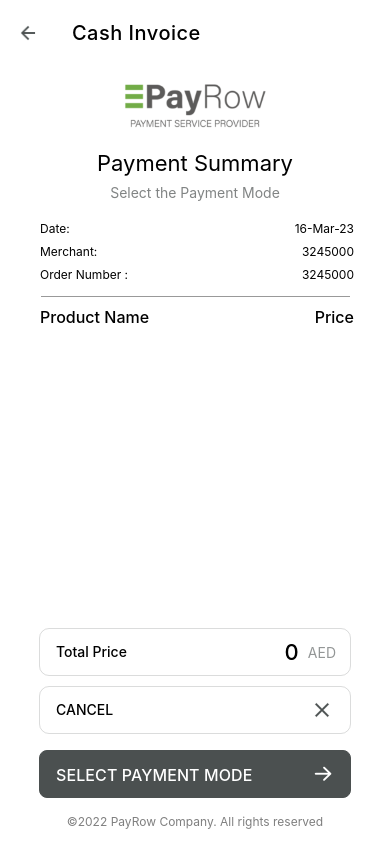
Repository: rishabh-critical-river/payrowios
Screen: /paymentSummary
An editor plug-in stored every save of this project. The screen is shown before and after a run of saves, followed by the edit.
The app was drawn by React Native's web renderer in a window 390 px wide. The project was rebuilt for these pictures with package versions that can differ from the ones it lists, and the page was loaded fresh each time. Also part of the build but not shown: screens/onboarding/CreateAccount.js, screens/home/HomeScreen.tsx, screens/home/HomeComponents/TapToPay.tsx, screens/home/HomeComponents/AddItem.js, screens/home/HomeComponents/TapCard.tsx, screens/home/HomeComponents/EnterPin.tsx, screens/home/HomeComponents/Confirmation.tsx, screens/home/HomeComponents/NewPayment.tsx and 37 more.

Above is the screen before, as saved 2023-07-27 05:10:30.

### App.tsx
import { NavigationContainer } from "@react-navigation/native";
import { createNativeStackNavigator } from "@react-navigation/native-stack";
import {
  StyleSheet,
  Text,
  View,
  SafeAreaView,
  Image,
  StatusBar,
} from "react-native";
import LanguageSelection from "./screens/onboarding/LanguageSelection";
import CreateAccount from "./screens/onboarding/CreateAccount";
import HomeScreen from "./screens/home/HomeScreen";
import TapToPay from "./screens/home/HomeComponents/TapToPay";
import AddItem from "./screens/home/HomeComponents/AddItem";
import TapCard from "./screens/home/HomeComponents/TapCard";
import EnterPin from "./screens/home/HomeComponents/EnterPin";
import Confirmation from "./screens/home/HomeComponents/Confirmation";
import NewPayment from "./screens/home/HomeComponents/NewPayment";
import Contact from "./screens/home/HomeComponents/contact";
import Refund from "./screens/home/HomeComponents/refund";
import OtpRefund from "./screens/home/HomeComponents/otpRefund";
import ProductSelection from "./screens/home/HomeComponents/productSelection";
import PaymentSummary from "./screens/home/HomeComponents/PaymentSummary";
import PaymentMode from "./screens/home/HomeComponents/paymentMode";
import PaymentHistory from "./screens/home/HomeComponents/PaymentHistory";
import HistoryMethods from "./screens/home/HomeComponents/historyMethods";
import DailyReport from "./screens/home/HomeComponents/DailyReport";
import MonthlyReport from "./screens/home/HomeComponents/MonthlyReport";
import AboutPayrow from "./screens/home/HomeComponents/AboutPayrow";
import CashReceivedMachine from "./screens/home/HomeComponents/CashReceivedMachine";
import InvoiceRecall from "./screens/home/HomeComponents/InvoiceRecall";
import PosAndRetail from "./screens/home/HomeComponents/PosAndRetail";
import SoftPos from "./screens/home/HomeComponents/SoftPos";
import PayByLink from "./screens/home/HomeComponents/PayByLink";
import PayByQrCode from "./screens/home/HomeComponents/PayByQrCode";

import PaymentGateWay from "./screens/home/HomeComponents/PaymentGateWay";
import Wps from "./screens/home/HomeComponents/Wps";
import Vat from "./screens/home/HomeComponents/Vat";
import Kvyc from "./screens/home/HomeComponents/Kvyc";
import BuyNowPayLater from "./screens/home/HomeComponents/BuyNowPayLater";
import Wallet from "./screens/home/HomeComponents/Wallet";
import PayRowPrepaids from "./screens/home/HomeComponents/PayRowPrepaid";
import Support from "./screens/home/HomeComponents/Support";
import NewComplain from "./screens/home/HomeComponents/NewComplain";
import RegisterComplain from "./screens/home/HomeComponents/RegisteredComplain";
import ContactUs from "./screens/home/HomeComponents/ContactUse";
import InvoiceRecalltwo from "./screens/home/HomeComponents/InvoiceRecalltwo";
import InvoiceRecallthree from "./screens/home/HomeComponents/InvoiceRecallthree";
import PaymentDetails from "./screens/home/HomeComponents/PaymentDetails";
import ConfirmationInvoice from "./screens/home/HomeComponents/ConfirmationInvoice";
import CashPay from "./screens/home/HomeComponents/CashPay";
import QRCode from "./screens/home/HomeComponents/QrCode";
import Login from "./screens/onboarding/login";
import CreatePin from "./screens/onboarding/Createpin";
import ReEnterPin from "./screens/onboarding/Reenterpin";
import EnterPins from "./screens/onboarding/Enterpin";
// import SoftPose from "./screens/home/HomeComponents/SoftPose";
const Stack = createNativeStackNavigator();

export default function App() {
  return (
    <SafeAreaView style={{ flex: 1, backgroundColor: "white" }}>
      <StatusBar barStyle="dark-content" />
      <NavigationContainer>
        <Stack.Navigator>
          <Stack.Screen
            name="selectLanaguage"
            component={LanguageSelection}
            options={{ headerShown: false }}
          />
          <Stack.Screen
            name="Login"
            component={Login}
            options={{ headerShown: false }}
          />
          <Stack.Screen
            name="CreatePin"
            component={CreatePin}
            options={{ headerShown: false }}
          />
          <Stack.Screen
            name="ReEnterPin"
            component={ReEnterPin}
            options={{ headerShown: false }}
          />
          <Stack.Screen
            name="EnterPin"
            component={EnterPin}
            options={{ headerShown: false }}
          />
          <Stack.Screen
            name="Create Account"
            component={CreateAccount}
            options={{ headerShown: false }}
          />
          <Stack.Screen
            name="HomeScreen"
            component={HomeScreen}
            options={{ headerShown: false }}
          />
          <Stack.Screen
            name="TapToPay"
            component={TapToPay}
            options={{ headerShown: false }}
          />
          <Stack.Screen
            name="AddItem"
            component={AddItem}
            options={{ headerShown: false }}
          />
          <Stack.Screen
            name="TapCard"
            component={TapCard}
            options={{ headerShown: false }}
          />
          <Stack.Screen
            name="EnterPins"
            component={EnterPins}
            options={{ headerShown: false }}
          />
          <Stack.Screen
            name="Confirmation"
            component={Confirmation}
            options={{ headerShown: false }}
          />
          <Stack.Screen
            name="NewPayment"
            component={NewPayment}
            options={{ headerShown: false }}
          />
          <Stack.Screen
            name="contact"
            component={Contact}
            options={{ headerShown: false }}
          />
          <Stack.Screen
            name="refund"
            component={Refund}
            options={{ headerShown: false }}
          />
          <Stack.Screen
            name="otpRefund"
            component={OtpRefund}
            options={{ headerShown: false }}
          />
          <Stack.Screen
            name="productSelection"
            component={ProductSelection}
            options={{ headerShown: false }}
          />
          <Stack.Screen
            name="paymentSummary"
            component={PaymentSummary}
            options={{ headerShown: false }}
          />
          <Stack.Screen
            name="paymentMode"
            component={PaymentMode}
            options={{ headerShown: false }}
          />
          <Stack.Screen
            name="paymentHistory"
            component={PaymentHistory}
            options={{ headerShown: false }}
          />
          <Stack.Screen
            name="historyMethods"
            component={HistoryMethods}
            options={{ headerShown: false }}
          />
          <Stack.Screen
            name="dailyReport"
            component={DailyReport}
            options={{ headerShown: false }}
          />
          <Stack.Screen
            name="monthlyReport"
            component={MonthlyReport}
            options={{ headerShown: false }}
          />
          <Stack.Screen
            name="aboutPayrow"
            component={AboutPayrow}
            options={{ headerShown: false }}
          />
          <Stack.Screen
            name="cashReceivedMachine"
            component={CashReceivedMachine}
            options={{ headerShown: false }}
          />
          <Stack.Screen
            name="invoiceRecall"
            component={InvoiceRecall}
            options={{ headerShown: false }}
          />
          <Stack.Screen
            name="posandretail"
            component={PosAndRetail}
            options={{ headerShown: false }}
          />
          <Stack.Screen
            name="softpos"
            component={SoftPos}
            options={{ headerShown: false }}
          />
          <Stack.Screen
            name="paybylink"
            component={PayByLink}
            options={{ headerShown: false }}
          />
          <Stack.Screen
            name="paybyqrcode"
            component={PayByLink}
            options={{ headerShown: false }}
          />
          <Stack.Screen
            name="paymentgateway"
            component={PaymentGateWay}
            options={{ headerShown: false }}
          />
          <Stack.Screen
            name="wps"
            component={Wps}
            options={{ headerShown: false }}
          />
          <Stack.Screen
            name="vat"
            component={Vat}
            options={{ headerShown: false }}
          />

          <Stack.Screen
            name="kvyc"
            component={Kvyc}
            options={{ headerShown: false }}
          />
          <Stack.Screen
            name="buynowpaylater"
            component={BuyNowPayLater}
            options={{ headerShown: false }}
          />
          <Stack.Screen
            name="registercomplain"
            component={RegisterComplain}
            options={{ headerShown: false }}
          />
          <Stack.Screen
            name="wallet"
            component={Wallet}
            options={{ headerShown: false }}
          />
          <Stack.Screen
            name="payrowprepaid"
            component={PayRowPrepaids}
            options={{ headerShown: false }}
          />
          <Stack.Screen
            name="paymentdetails"
            component={PaymentDetails}
            options={{ headerShown: false }}
          />
          <Stack.Screen
            name="support"
            component={Support}
            options={{ headerShown: false }}
          />
          {/* <Stack.Screen
            name="softpose"
            payrowprepaid
            component={SoftPose}
            options={{ headerShown: false }}

          /> */}
          <Stack.Screen
            name="newcomplain"
            component={NewComplain}
            options={{ headerShown: false }}
          />
          <Stack.Screen
            name="contactus"
            component={ContactUs}
            options={{ headerShown: false }}
          />
          <Stack.Screen
            name="Recallss"
            component={InvoiceRecalltwo}
            options={{ headerShown: false }}
          />
          <Stack.Screen
            name="InvoiceRecallthree"
            component={InvoiceRecallthree}
            options={{ headerShown: false }}
          />
          <Stack.Screen
            name="ConfirmationInvoice"
            component={ConfirmationInvoice}
            options={{ headerShown: false }}
          />
          <Stack.Screen
            name="cashPay"
            component={CashPay}
            options={{ headerShown: false }}
          />

          <Stack.Screen
            name="QrCode"
            component={PayByQrCode}
            options={{ headerShown: false }}
          />
          <Stack.Screen
            name="QrCodePay"
            component={QRCode}
            options={{ headerShown: false }}
          />
        </Stack.Navigator>
      </NavigationContainer>
    </SafeAreaView>
  );
}

### screens/home/HomeComponents/PaymentSummary.js
import React, { useState, useEffect } from "react";
import { View, Text, Image, StyleSheet, TouchableOpacity } from "react-native";
import { AntDesign, Entypo } from "@expo/vector-icons";

const PaymentSummary = ({ navigation, route }) => {
  const [orderDetails, setOrderDetails] = useState(null);
  const [categories, setCategories] = useState([]);
  const [totalAmount, setTotalAmount] = useState();
  const [scanTotal, setScanTotal] = useState(0);

  useEffect(() => {
    if (route.params && route.params.orderDetails) {
      setOrderDetails(route.params.orderDetails);
    }
    if (route.params && route.params.itemsWithQuantity) {
      setCategories(route.params.itemsWithQuantity);
    }
  }, [route.params]);
  useEffect(() => {
    const total = categories.reduce((acc, item) => {
      return acc + item.price * item.quantity;
    }, 0);

    setTotalAmount(total);
  }, [categories]);
  useEffect(() => {
    if (orderDetails) {
      const total = orderDetails.data.reduce((acc, item) => {
        return acc + item.totalAmount;
      }, 0);
      setScanTotal(total);
    }
  }, [orderDetails]);

  console.log(categories, "cat");
  return (
    <>
      <View
        style={{
          paddingLeft: 19.98,
          paddingTop: 17,
          flexDirection: "row",
          alignItems: "center",
          backgroundColor: "#fff",
        }}
      >
        <Image
          source={require("./arrow_back.png")}
          style={{
            width: 16.03,
            height: 16.03,
            marginRight: 35.98,
          }}
        />
        <Text
          style={{
            fontSize: 20,
            fontWeight: "500",
            lineHeight: 32,
            letterSpacing: 0.5,
          }}
        >
          Cash Invoice
        </Text>
      </View>
      <View style={{ flex: 1, backgroundColor: "white" }}>
        <View>
          <Image
            style={{
              width: 150,
              height: 48.3,
              alignSelf: "center",
              marginTop: 33,
            }}
            source={require("./payrowLogo.png")}
          />

          <Text
            style={{
              textAlign: "center",
              fontWeight: "400",
              fontSize: 22,
              marginTop: 20,
            }}
          >
            Payment Summary
          </Text>
          <Text
            style={{ textAlign: "center", marginTop: 8, color: "#4B5050B2" }}
          >
            Select the Payment Mode
          </Text>
        </View>

        <View>
          <View
            style={{
              flexDirection: "row",
              marginTop: 20,
              justifyContent: "space-between",
            }}
          >
            <Text
              style={{
                marginLeft: 40,
                fontWeight: "400",
                fontSize: 12,
                lineHeight: 16,
                color: "#020202",
              }}
            >
              Date:
            </Text>
            <Text
              style={{
                marginRight: 36,
                fontWeight: "400",
                fontSize: 12,
                lineHeight: 16,
                color: "#020202",
              }}
            >
              16-Mar-23
              {/* Replace with the actual date property */}
            </Text>
          </View>
          <View
            style={{
              flexDirection: "row",
              marginTop: 7,
              justifyContent: "space-between",
            }}
          >
            <Text
              style={{
                marginLeft: 40,
                fontWeight: "400",
                fontSize: 12,
                lineHeight: 16,
                color: "#020202",
              }}
            >
              Merchant:
            </Text>
            <Text
              style={{
                marginRight: 36,
                fontWeight: "400",
                fontSize: 12,
                lineHeight: 16,
                color: "#020202",
              }}
            >
              3245000
              {/* Replace with the actual merchant property */}
            </Text>
          </View>
          <View
            style={{
              flexDirection: "row",
              marginTop: 7,
              justifyContent: "space-between",
            }}
          >
            <Text
              style={{
                marginLeft: 40,
                fontWeight: "400",
                fontSize: 12,
                lineHeight: 16,
                color: "#020202",
              }}
            >
              Order Number :
            </Text>
            <Text
              style={{
                marginRight: 36,
                fontWeight: "400",
                fontSize: 12,
                lineHeight: 16,
                color: "#020202",
              }}
            >
              3245000
              {/* Replace with the actual order number property */}
            </Text>
          </View>
          <View
            style={{
              width: 309,
              borderBottomWidth: 1,
              borderBottomColor: "#999999",
              alignSelf: "center",
              marginTop: 13,
            }}
          />
          <View
            style={{
              flexDirection: "row",
              marginTop: 8,
              justifyContent: "space-between",
            }}
          >
            <Text
              style={{
                marginLeft: 40,
                fontWeight: "500",
                fontSize: 16,
                lineHeight: 24,
              }}
            >
              Product Name
            </Text>
            <Text
              style={{
                marginRight: 36,
                fontWeight: "500",
                fontSize: 16,
                lineHeight: 24,
              }}
            >
              Price
            </Text>
          </View>
          {orderDetails && (
            <View style={{ marginTop: 4 }}>
              {orderDetails.data.map((product) => (
                <View key={product._id} style={{ flexDirection: "row" }}>
                  <Text
                    style={{
                      marginLeft: 40,
                      flex: 1,
                      marginRight: 36,
                      fontWeight: "400",
                      color: "#4B5050",
                      fontSize: 12,
                      lineHeight: 16,
                    }}
                  >
                    {product.purchaseBreakdown.service[0].englishName}{" "}
                    {/* Replace with the actual product name property */}
                  </Text>
                  <Text
                    style={{
                      marginRight: 36,
                      fontWeight: "500",
                      color: "#4B5050",
                      fontSize: 12,
                      lineHeight: 20,
                    }}
                  >
                    {product.totalAmount}{" "}
                    {/* Replace with the actual product price property */}
                  </Text>
                </View>
              ))}
            </View>
          )}
          {categories && (
            <View style={{ marginTop: 4 }}>
              {categories?.map((product) => (
                <View key={product.id} style={{ flexDirection: "row" }}>
                  <Text
                    style={{
                      marginLeft: 40,
                      flex: 1,
                      marginRight: 36,
                      fontWeight: "400",
                      color: "#4B5050",
                      fontSize: 12,
                      lineHeight: 16,
                    }}
                  >
                    {product?.name}{" "}
                    {/* Replace with the actual product name property */}
                  </Text>
                  <Text
                    style={{
                      marginRight: 36,
                      fontWeight: "500",
                      color: "#4B5050",
                      fontSize: 12,
                      lineHeight: 20,
                    }}
                  >
                    {product?.price * product?.quantity}{" "}
                    {/* Replace with the actual product price property */}
                  </Text>
                </View>
              ))}
            </View>
          )}
        </View>
      </View>
      <View style={{ backgroundColor: "white" }}>
        <View
          style={{
            width: "80%",
            alignSelf: "center",
            height: 48,
            borderRadius: 10,
            marginBottom: 10,
            borderWidth: 1,
            borderColor: "rgba(75, 80, 80, 0.2)",
            flexDirection: "row",
            alignItems: "center",
          }}
        >
          <Text style={styles.priceLabel}>Total Price</Text>
          <View style={styles.priceTextContainer}>
            <Text style={styles.priceText}>{totalAmount + scanTotal}</Text>
            <Text style={styles.priceCurrency}>AED</Text>
          </View>
        </View>
        <View
          style={{
            width: "80%",
            alignSelf: "center",
            height: 48,
            borderRadius: 10,

            borderWidth: 1,
            borderColor: "rgba(75, 80, 80, 0.2)",
            flexDirection: "row",
            alignItems: "center",
          }}
        >
          <Text style={styles.priceLabel}>CANCEL</Text>
          <View style={styles.priceTextContainer}>
            <Image
              style={{ width: 24, height: 24, marginRight: 16 }}
              source={require("./clearblack.png")}
            />
          </View>
        </View>

        <TouchableOpacity
          style={styles.goToSummaryButton}
          onPress={() => {
            navigation.navigate("paymentMode");
          }}
        >
          <View style={styles.buttonContent}>
            <Text style={styles.buttonText}>SELECT PAYMENT MODE</Text>
            <View style={styles.arrowIcon}>
              <AntDesign name="arrowright" size={22} color="white" />
            </View>
          </View>
        </TouchableOpacity>

        <Text style={styles.footerText}>
          ©2022 PayRow Company. All rights reserved
        </Text>
      </View>
    </>
  );
};

export default PaymentSummary;
const styles = StyleSheet.create({
  buttonContainer: {
    width: "80%",
    height: 48,
    backgroundColor: "#4B5050",
    alignSelf: "center",
    borderRadius: 8,
    marginTop: 20,
    display: "flex",
    justifyContent: "space-between",
    flexDirection: "row",
    alignItems: "center",
  },
  containers: {
    width: "80%",
    height: 50,
    borderRadius: 10,
    borderWidth: 1,
    borderColor: "rgba(75, 80, 80, 0.25)",
    alignSelf: "center",
    marginTop: 31,
    flexDirection: "row",
    justifyContent: "space-between",
    alignItems: "center",
    paddingLeft: 15,
    paddingRight: 15,
    shadowColor: "#757e6e",
    shadowOffset: {
      width: 0,
      height: 1,
    },
    shadowOpacity: 0.08,
    shadowRadius: 3,
    borderRadius: 8,
  },
  badge: {
    width: 71,
    height: 26,
    borderRadius: 8,
    backgroundColor: "#4B50500D",
    textAlign: "center",
    paddingTop: 4,
    marginRight: 22,
  },
  itemContainer: {
    width: "100%",
    alignSelf: "center",
    height: 77,
    borderRadius: 10,
    marginBottom: 10,
    justifyContent: "center",
    borderWidth: 1,
    borderColor: "rgba(75, 80, 80, 0.2)",
    flexDirection: "row",
    alignItems: "center",
  },
  priceContainer: {
    width: "80%",
    alignSelf: "center",
    height: 48,
    borderRadius: 10,
    marginBottom: 10,
    borderWidth: 1,
    borderColor: "rgba(75, 80, 80, 0.2)",
    flexDirection: "row",
    alignItems: "center",
  },
  priceLabel: {
    fontWeight: "500",
    flex: 1,
    fontSize: 14,
    lineHeight: 20,
    marginLeft: 16,
  },
  priceTextContainer: {
    flexDirection: "row",
    alignItems: "center",
  },
  priceText: {
    fontSize: 22,
    fontWeight: "500",
    lineHeight: 28,
  },
  priceCurrency: {
    color: "#4B505099",
    marginRight: 14,
    marginLeft: 9,
  },
  goToSummaryButton: {
    alignSelf: "center",
    marginTop: 16,
    width: "80%",
  },
  buttonContent: {
    borderWidth: 0.6,
    borderColor: "#4B5050",
    backgroundColor: "#4B5050",
    borderRadius: 8,
    marginBottom: 16,
    height: 48,
    width: "100%",
    justifyContent: "center",
    flexDirection: "row",
  },
  buttonText: {
    fontSize: 16,
    paddingLeft: 16,
    paddingTop: 12,
    fontWeight: "500",
    lineHeight: 24,
    justifyContent: "center",
    color: "white",
    letterSpacing: 0.1,
    flex: 1,
  },
  arrowIcon: {
    justifyContent: "center",
    alignItems: "center",
    marginRight: 16,
  },
  footerText: {
    fontSize: 12,
    backgroundColor: "white",
    color: "#7f7f7f",
    textAlign: "center",
    paddingBottom: 15,
  },
});

Loaded but not shown: screens/onboarding/LanguageSelection.tsx (287 lines, source omitted)

After the next 2 saves:
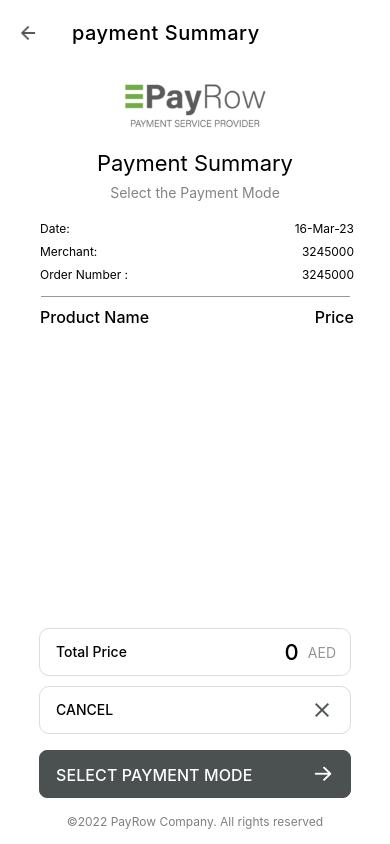
The 2 saves are shown as one change because they came seconds apart.
The last was saved 68 s later.
--- a/screens/home/HomeComponents/PaymentSummary.js
+++ b/screens/home/HomeComponents/PaymentSummary.js
@@ -60,7 +60,7 @@ const PaymentSummary = ({ navigation, route }) => {
             letterSpacing: 0.5,
           }}
         >
-          Cash Invoice
+          payment Summary
         </Text>
       </View>
       <View style={{ flex: 1, backgroundColor: "white" }}>
